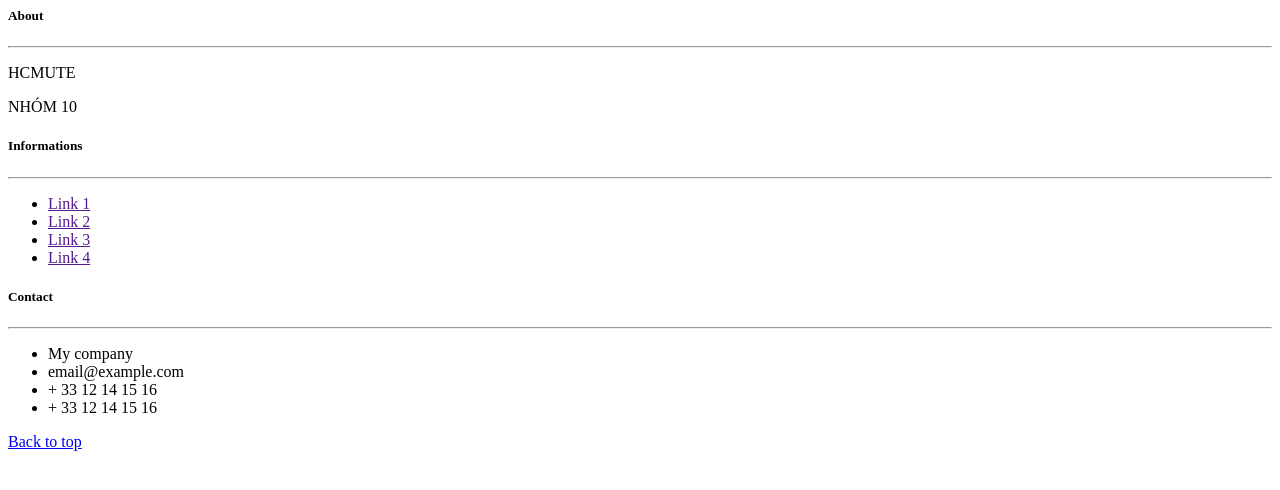
Repository: vule2809/LTW-20146307
Page: http://localhost/Banxemay_nhom10/common/manager/footer.jsp
These files come from the project's save history. The page is drawn as it stood at one moment and after the next save; the edit follows.
The browser window is 1280 px wide. The pictures show the whole page.
The page is served by Tomcat 9.

Above is the page before, as saved 2023-12-10 11:31:02.

After the next save:
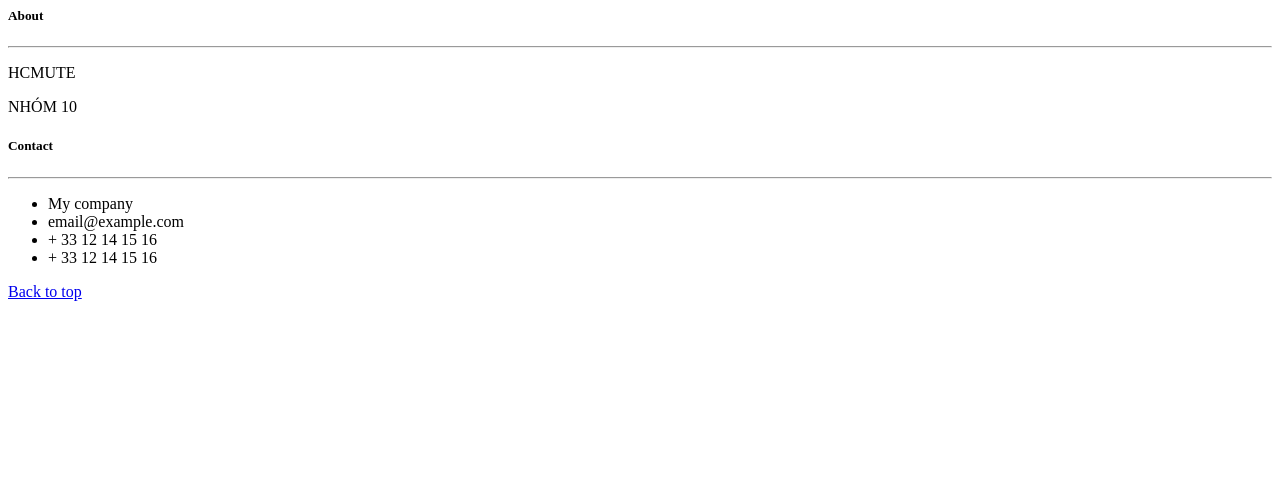
Saved 2 min 6 s later.
--- a/Banxemay_nhom10/src/main/webapp/common/manager/footer.jsp
+++ b/Banxemay_nhom10/src/main/webapp/common/manager/footer.jsp
@@ -9,17 +9,6 @@
 				<hr class="bg-white mb-2 mt-0 d-inline-block mx-auto w-25">
 				<p class="mb-0">HCMUTE</p>
 				<p class="mb-0">NHÓM 10</p>
-			</div>
-
-			<div class="col-md-2 col-lg-2 col-xl-2 mx-auto">
-				<h5>Informations</h5>
-				<hr class="bg-white mb-2 mt-0 d-inline-block mx-auto w-25">
-				<ul class="list-unstyled">
-					<li><a href="">Link 1</a></li>
-					<li><a href="">Link 2</a></li>
-					<li><a href="">Link 3</a></li>
-					<li><a href="">Link 4</a></li>
-				</ul>
 			</div>
 
 			<div class="col-md-4 col-lg-3 col-xl-3">
